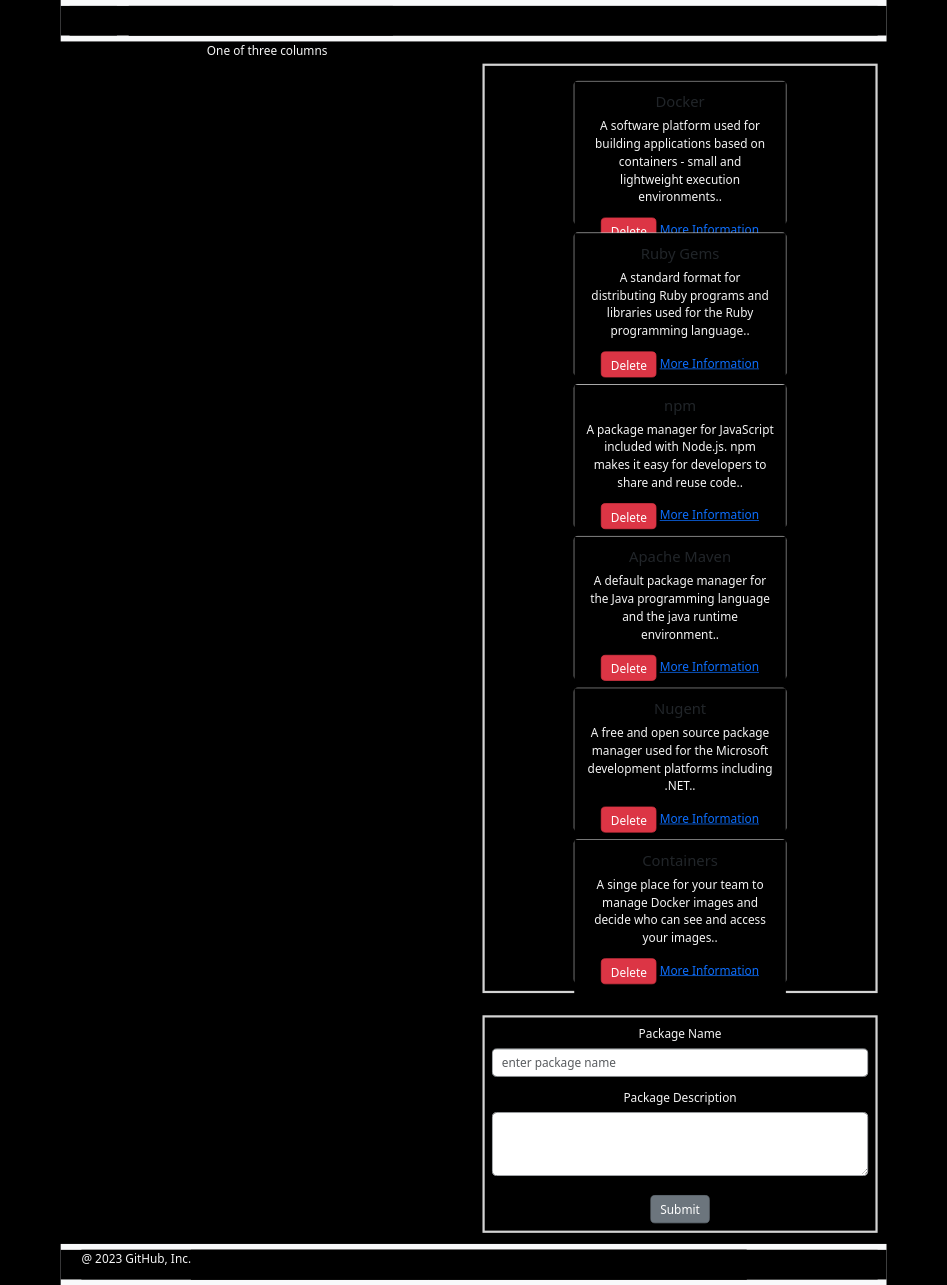
Repository: nss-evening-cohort-E23/gitsub-pull-request-posse
Page: packages.html
The author's editor kept a copy of each file at every save. The page is drawn from the files as they stood at one save, then again after the next save.
The browser window is 1280 px wide. The pictures show the whole page, at 74% of full size.

Above is the page before, as saved 2023-05-09 19:51:55.

### packages.html
<!DOCTYPE html>
<html lang="en">
<head>
  <meta charset="UTF-8">
  <meta http-equiv="X-UA-Compatible" content="IE=edge">
  <meta name="viewport" content="width=device-width, initial-scale=1.0">
  <link href="https://cdn.jsdelivr.net/npm/bootstrap@5.3.0-alpha3/dist/css/bootstrap.min.css" rel="stylesheet" integrity="sha384-KK94CHFLLe+nY2dmCWGMq91rCGa5gtU4mk92HdvYe+M/SXH301p5ILy+dN9+nJOZ" crossorigin="anonymous">
  <link rel="stylesheet" href="packages.css">
  <title>Packages</title>
</head>
<body>
  <div class="container" id="master">
    <div id="navigate">
      <nav class="navbar navbar-expand-lg bg-body-tertiary">
        <div class="container-fluid">
          <a class="navbar-brand" href="#">Github</a>
          <button class="navbar-toggler" type="button" data-bs-toggle="collapse" data-bs-target="#navbarNavAltMarkup" aria-controls="navbarNavAltMarkup" aria-expanded="false" aria-label="Toggle navigation">
            <span class="navbar-toggler-icon"></span>
          </button>
          <div class="collapse navbar-collapse" id="navbarNavAltMarkup">
            <div class="navbar-nav">
              <a class="nav-link active" aria-current="page" href="#">Overview</a>
              <a class="nav-link" href="#">Repositories</a>
              <a class="nav-link" href="#">Projects</a>
              <a class="nav-link" href="#">Packages</a>
            </div>
          </div>
        </div>
      </nav>
    </div>
   <div class="container text-center">
    <div class="row align-items-start">
    <!-- 2 columns | first column for static bio -->
    <div class="col" id="bio">
      One of three columns

    </div>
    <div class="col">
      <!-- <h2><b><u>Packages</u></b></h2> -->
      <div id="packages"></div>
      <form class="form">
      <div id="newPackage">
      <div class="mb-3">
        <label for="exampleFormControlInput1" class="form-label">Package Name</label>
        <input type="text" class="form-control" id="name" placeholder="enter package name">
      </div>
      <div class="mb-3">
        <label for="exampleFormControlTextarea1" class="form-label">Package Description</label>
        <textarea class="form-control" id="description" rows="3"></textarea>
      </div>
      <button type="submit" class="btn btn-secondary" id="submit">Submit</button>
    </div>
  </form>
  </div>
  </div>
</div>
<!-- Footer -->

<div class="footer">
<nav class="navbar navbar-expand-lg bg-body-tertiary">
  <div class="container-fluid">
    <a class="navbar-brand" href="#"></a>
    <button class="navbar-toggler" type="button" data-bs-toggle="collapse" data-bs-target="#navbarNav" aria-controls="navbarNav" aria-expanded="false" aria-label="Toggle navigation">
      <span class="navbar-toggler-icon"></span>
    </button>
    <div class="collapse navbar-collapse" id="footer">
      <p>@ 2023 GitHub, Inc.</p>
      <div id="ftr-links">
      <ul class="navbar-nav">
        <li class="nav-item">
          <a class="nav-link active" aria-current="page" href="#">Terms</a>
        </li>
        <li class="nav-item">
          <a class="nav-link" href="#">Privacy</a>
        </li>
        <li class="nav-item">
          <a class="nav-link" href="#">Security</a>
        </li>
        <li class="nav-item">
          <a class="nav-link" href="#">Status</a>
        </li>
        <li class="nav-item">
          <a class="nav-link" href="#">Help</a>
        </li>
      </ul>

      <ul class="navbar-nav">
        <li class="nav-item">
          <a class="nav-link" href="#">Contact GitHub</a>
        </li>
        <li class="nav-item">
          <a class="nav-link" href="#">Pricing</a>
        </li>
        <li class="nav-item">
          <a class="nav-link" href="#">API</a>
        </li>
        <li class="nav-item">
          <a class="nav-link" href="#">Training</a>
        </li>
        <li class="nav-item">
          <a class="nav-link" href="#">Blog</a>
        </li>
        <li class="nav-item">
          <a class="nav-link" href="#">About</a>
        </li>
      </ul>
    </div>
  </div>
</nav>
</div>
</div>
</div>
</div>
  <script src="main.js"></script>
  <script src="https://cdn.jsdelivr.net/npm/bootstrap@5.3.0-alpha3/dist/js/bootstrap.bundle.min.js" integrity="sha384-ENjdO4Dr2bkBIFxQpeoTz1HIcje39Wm4jDKdf19U8gI4ddQ3GYNS7NTKfAdVQSZe" crossorigin="anonymous"></script>
</body>
</html>

### packages.css
* {
  background-color: black;
  color: whitesmoke
}
body {
  background-color: black;
  color: lightgray;
  flex: auto;
}

#master {
  display: flex;
  flex-direction: column;
  height: 100vh;
  background-color: black;
  color: whitesmoke;
}

#navigate {
  /* flex: none; */
}

.footer {
  margin-top: auto;
  justify-content: space-around;

}

#ftr-links {
  display: flex;
  flex-direction: row;
  justify-content: space-between;

}

#packages {
  display: flex;
  flex-direction: row;
  flex-wrap: wrap;
  justify-content: space-around;
  margin: 0 auto;
  width: 100%;
  border: 3px solid lightgray;
  padding: 10px;
  margin-top: 30px;

}

.card {
 height: 195px;
 margin-top: 10px;
}

#newPackage {
  border: 3px solid lightgray;
  margin-top: 30px;
  margin-bottom: 15px;
  padding: 10px;
}

#submit {
  margin-top: 10px;
}

#delete {
  margin: auto;
  width: 75px;
  height: 35px;
}

#card-footer {
  margin-top: auto;
  justify-content: space-around;
}

### main.js

const renderToDom = (divId, htmltoRender) => {
  let targetedDiv = document.getElementById(divId);
  targetedDiv.innerHTML = htmltoRender;
};

const reposCardsOnDom = () => {
  let domString = "";
  domString += `

  `;
};

// packages array
const packages = [
  {
    id: 1,
    name: 'Docker',
    description: 'A software platform used for building applications based on containers - small and lightweight execution environments.',

  },

  {
    id: 2,
    name: 'Ruby Gems',
    description: 'A standard format for distributing Ruby programs and libraries used for the  Ruby programming language.',

  },

  {
    id: 3,
    name: 'npm',
    description: 'A package manager for JavaScript included with Node.js. npm makes it easy for developers to share and reuse code.',

  },

  {
    id: 4,
    name: 'Apache Maven',
    description: 'A default package manager for the Java programming language and the java runtime environment.',

  },

  {
    id: 5,
    name: 'Nugent',
    description: 'A free and open source package manager used for the Microsoft development platforms including .NET.',

  },

  {
    id: 6,
    name: 'Containers',
    description: 'A singe place for your team to manage Docker images and decide who can see and access your images.',
  },
]

// packages
const packagesOnDom = (array) => {
  let domString = "";

// package cards
for (const package of array) {
  domString += `<div class="card" style="width: 18rem;" id="pkgs">
  <div class="card-body">
    <h5 class="card-title">${package.name}</h5>
    <p class="card-text">${package.description}.</p>
   <div class="footer"><button class="btn btn-danger" id="delete">Delete</button>
    <a href="#" class="card-link">More Information</a>
    </div>
  </div>
</div>`
}
renderToDom("packages", domString);

}
packagesOnDom(packages);

const startApp = () => {
  packagesOnDom(packages);
}

const form = document.querySelector('.form');

const createNewPackage = (e) => {
  e.preventDefault();

  const newPackage = {
    id: packages.length + 1,
    name: document.querySelector('#name').value,
    description: document.querySelector('#description').value,
  }

  packages.push(newPackage);
  packagesOnDom(packages);
  form.reset();
}

form.addEventListener('submit', createNewPackage);

startApp();

After the next save:
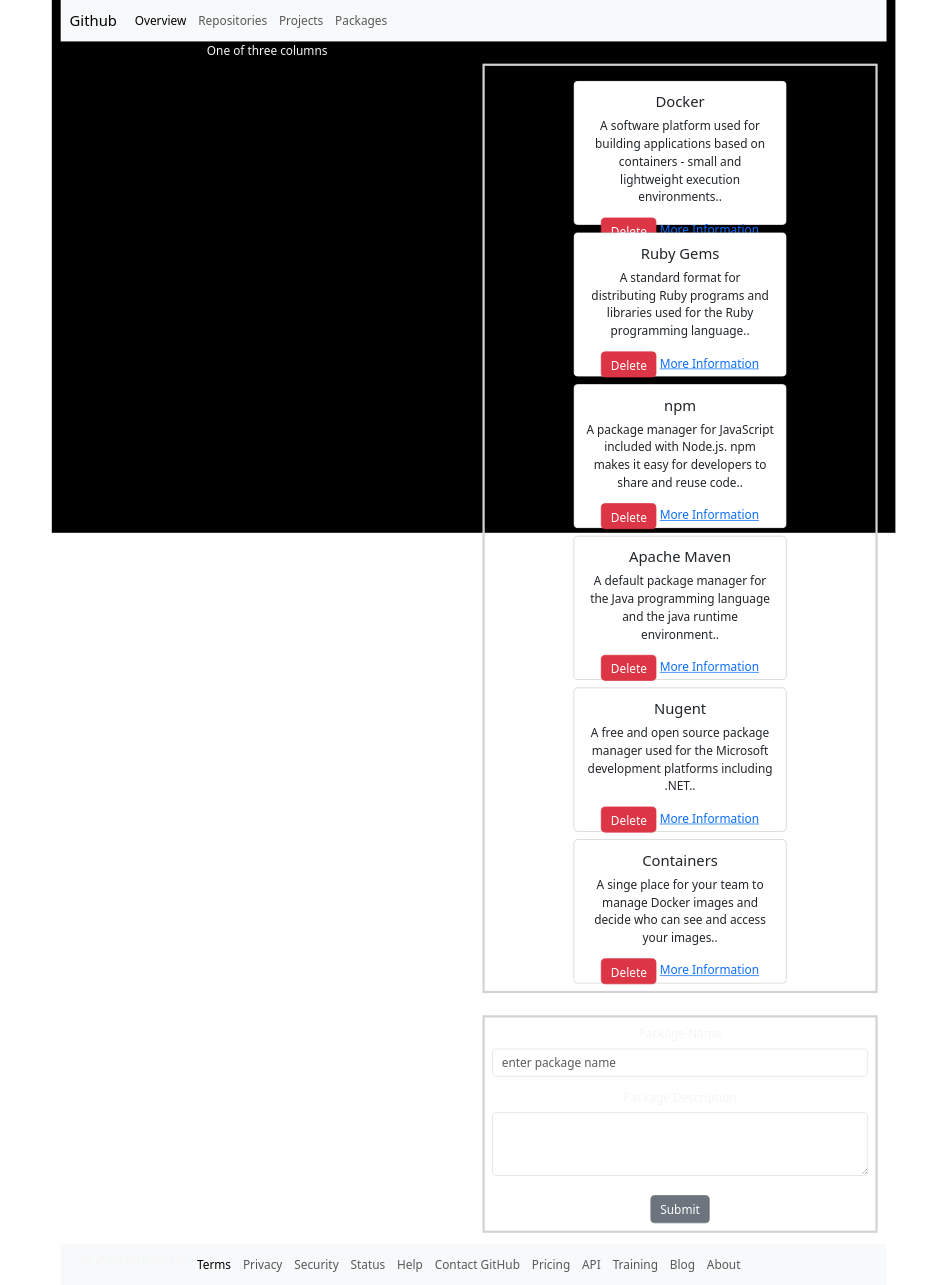
Saved 7 s later.
--- a/packages.css
+++ b/packages.css
@@ -1,4 +1,4 @@
-* {
+/* * { */
   background-color: black;
   color: whitesmoke
 }
